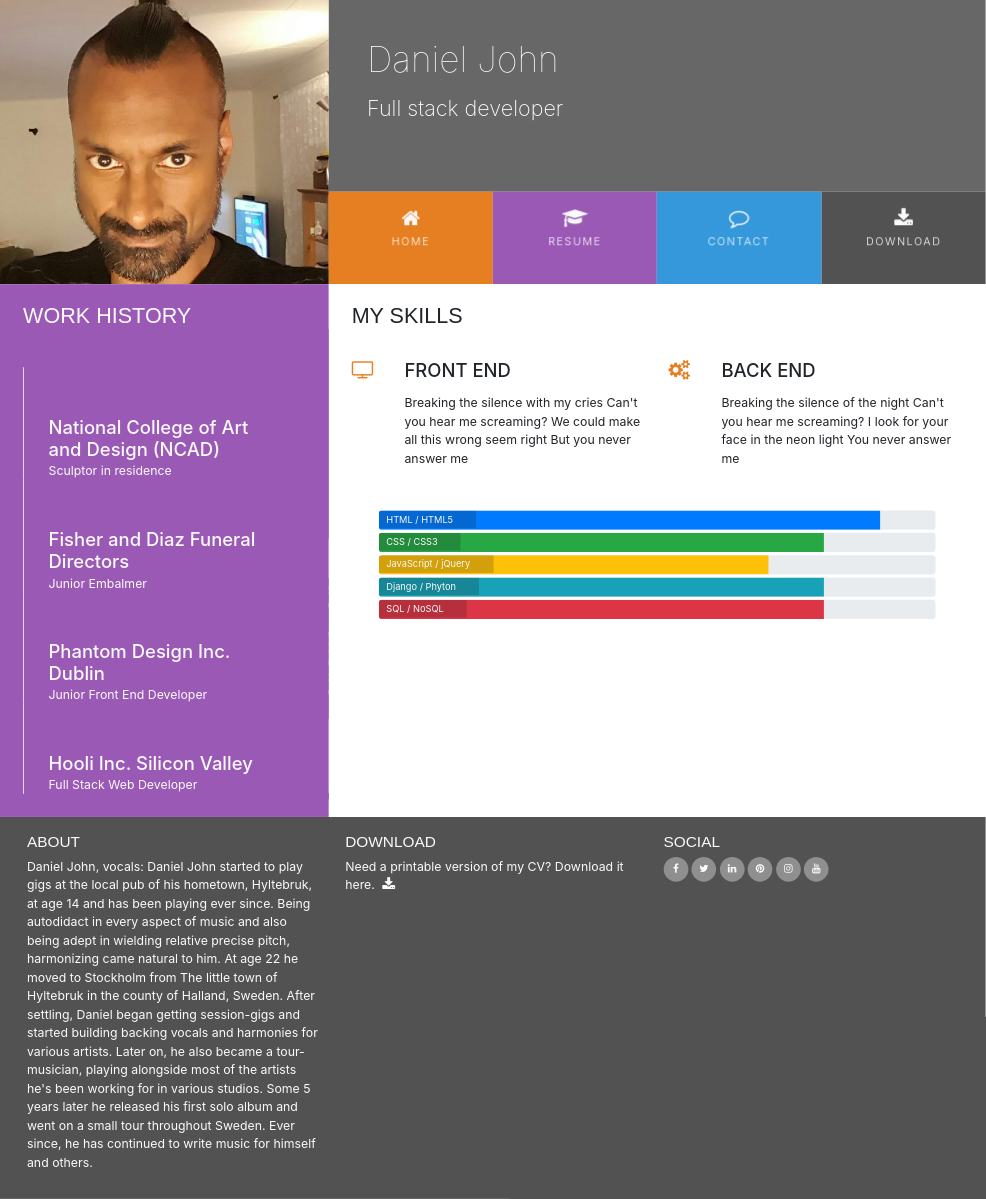
Repository: Jadehammar/initial-commit
Page: resume.html
The author's editor kept a record of every edit. The page is drawn from the files as they stood at one moment, then again after the next edit.
The browser window is 1280 px wide. The pictures show the whole page, at 77% of full size.

Above is the page before.

After the next edit:
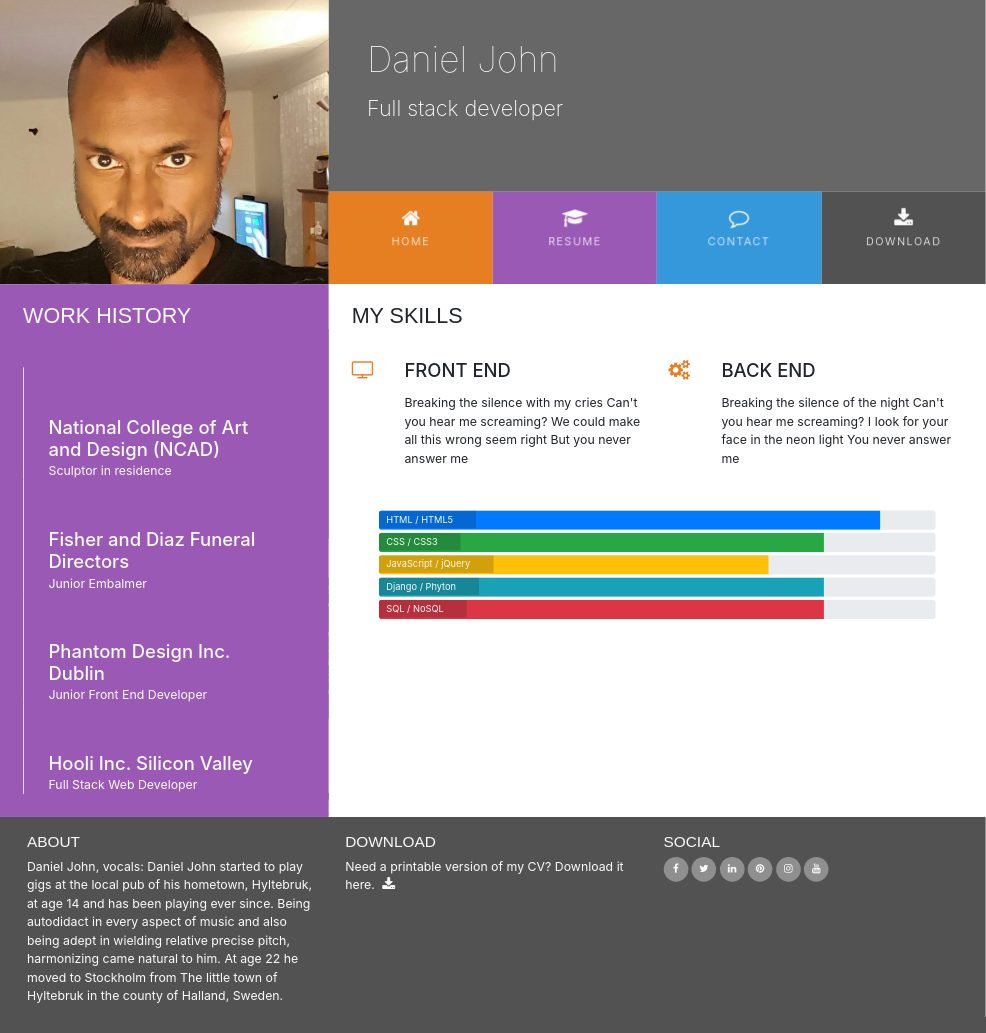
The edit:
--- a/resume.html
+++ b/resume.html
@@ -146,9 +146,7 @@
                 <h5 class="uppercase general-sub">About</h5>
                 <p class="inline-block">
                     Daniel John, vocals: Daniel John started to play gigs at the local pub of his hometown, Hyltebruk, at age 14 and has been playing ever since. Being autodidact in every aspect of music and also being adept in wielding relative precise pitch, harmonizing
-                    came natural to him. At age 22 he moved to Stockholm from The little town of Hyltebruk in the county of Halland, Sweden. After settling, Daniel began getting session-gigs and started building backing vocals and harmonies for various
-                    artists. Later on, he also became a tour-musician, playing alongside most of the artists he's been working for in various studios. Some 5 years later he released his first solo album and went on a small tour throughout Sweden. Ever
-                    since, he has continued to write music for himself and others.
+                    came natural to him. At age 22 he moved to Stockholm from The little town of Hyltebruk in the county of Halland, Sweden.
                 </p>
             </div>
             <div class="col-sm-4">
